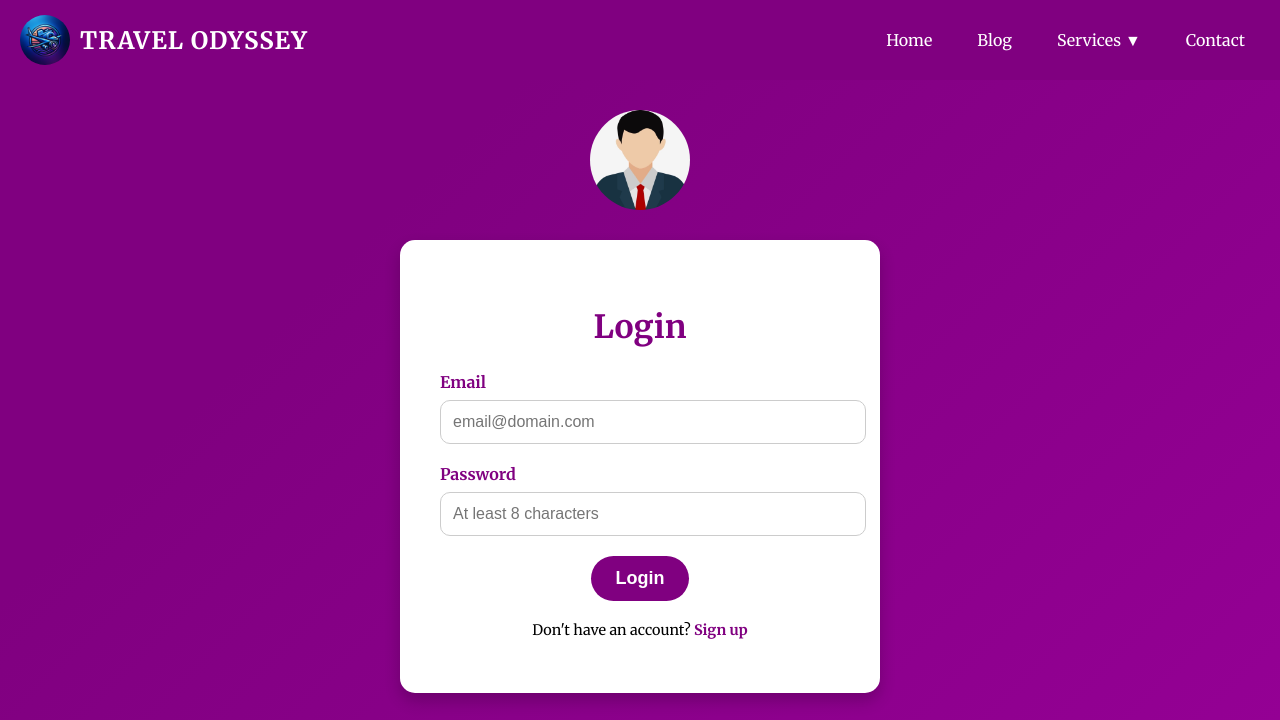
Repository: GHzPhoenix/Project-Odyssey
Page: Frontend/client-area.html
An editor plug-in stored every save of this project. The page is shown before and after the next save, followed by the edit.
The browser window is 1280 px wide. The pictures show the whole page.

Above is the page before, as saved 2025-06-08 16:37:33.

After the next save:
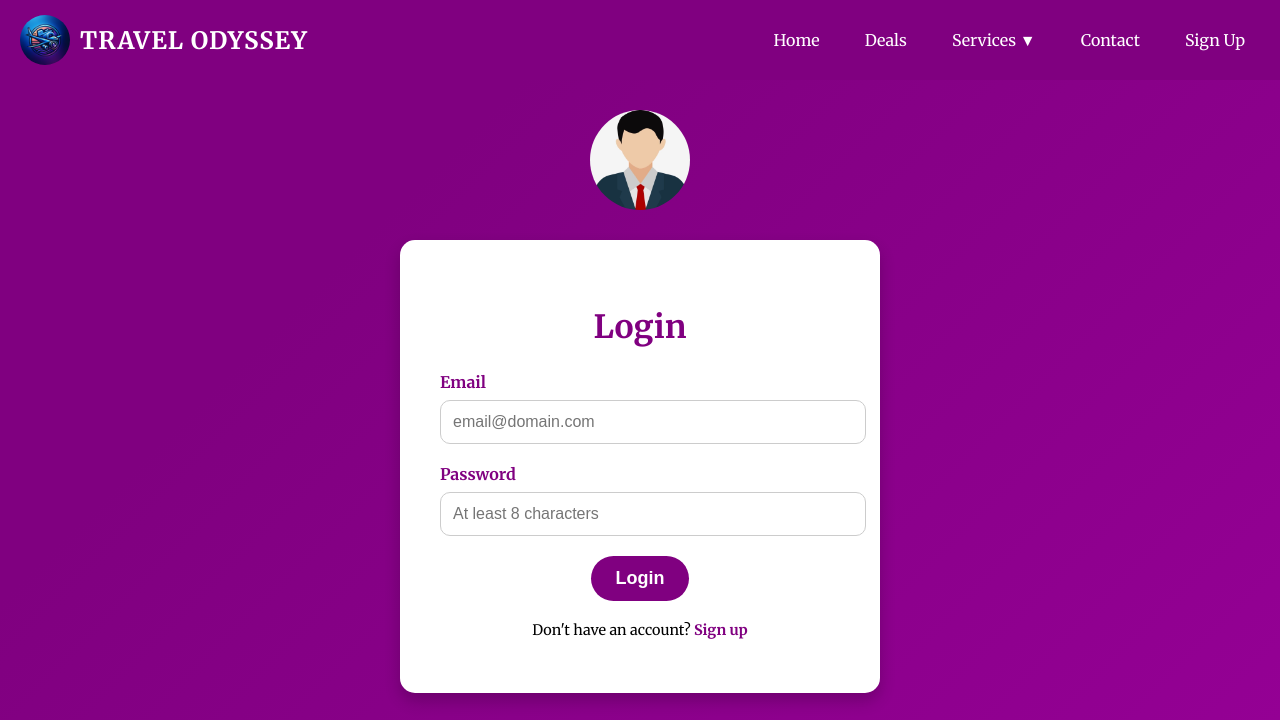
Saved 12 s later.
--- a/Frontend/client-area.html
+++ b/Frontend/client-area.html
@@ -30,19 +30,17 @@
     <header>
       <nav>
         <div class="logo">
-          <img src="./assets/your-logo.png" alt="Logo" />
+          <img src="/Frontend/assets/your-logo.png" alt="Logo" />
           Travel Odyssey
         </div>
-
-        <button class="menu-toggle" onclick="toggleMenu()">
+        <div class="menu-toggle" onclick="toggleMenu()">
           <div></div>
           <div></div>
           <div></div>
-        </button>
-
+        </div>
         <ul class="nav-menu">
           <li><a href="index.html">Home</a></li>
-          <li><a href="city.html">Blog</a></li>
+          <li><a href="deals.html">Deals</a></li>
           <li class="dropdown-parent">
             <a href="#">Services ▼</a>
             <div class="dropdown">
@@ -52,6 +50,7 @@
             </div>
           </li>
           <li><a href="contact.html">Contact</a></li>
+          <li><a href="signup.html" class="signup-btn">Sign Up</a></li>
         </ul>
       </nav>
     </header>
